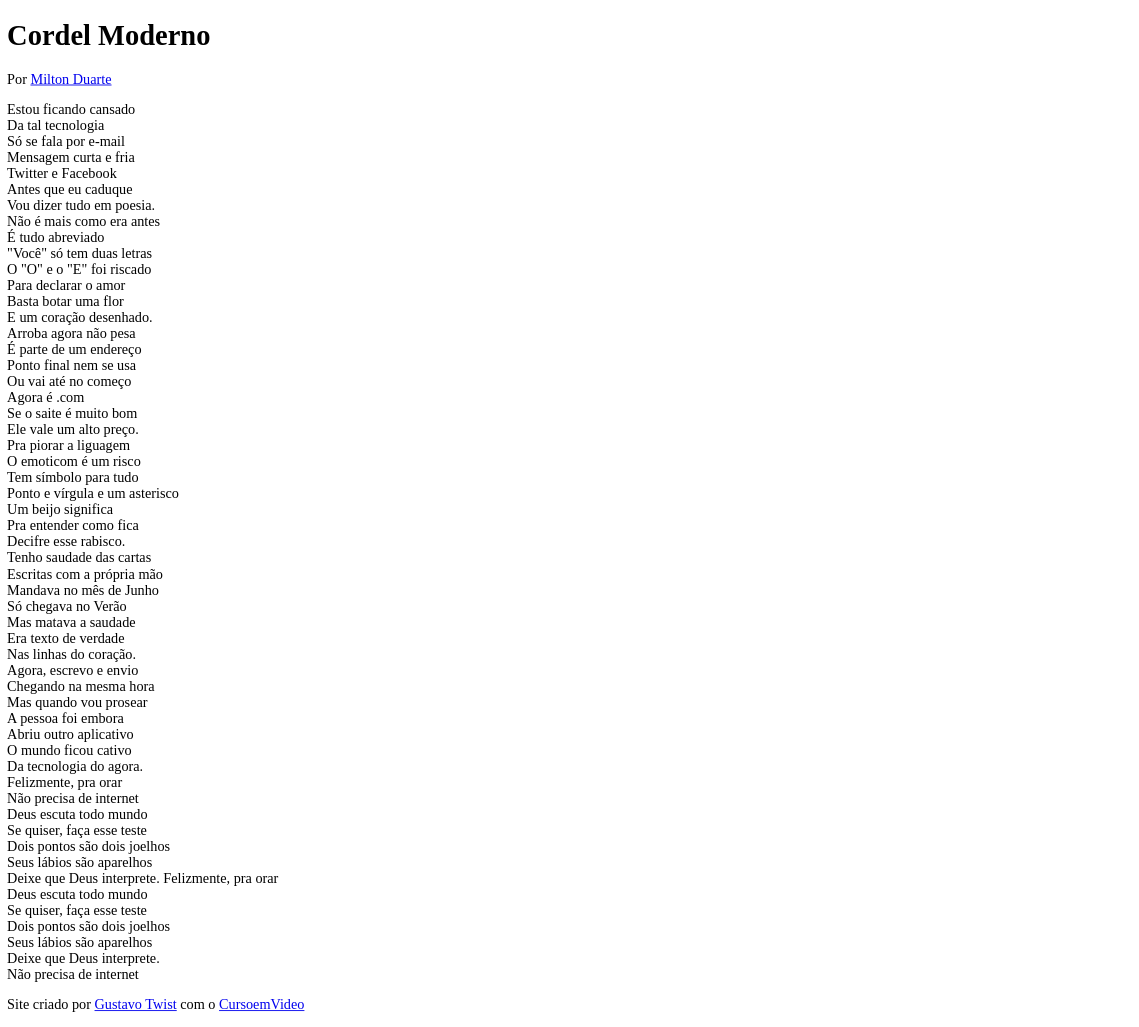
Repository: gustavotwist/projeto-cordel
Page: index.html
The author's editor kept a copy of each file at every save. The page is drawn from the files as they stood at one save, then again after the next save.
The browser window is 1280 px wide. The pictures show the whole page, at 89% of full size.

Above is the page before, as saved 2024-04-15 21:41:36.

### index.html
<!DOCTYPE html>
<html lang="pt-br">
<head>
    <meta charset="UTF-8">
    <meta name="viewport" content="width=device-width, initial-scale=1.0">
    <title>Cordel Moderno</title>
</head>
<body>
    <header>
        <h1>
            Cordel Moderno
        </h1>
        <p>
            Por <a href="https://www.recantodasletras.com.br/poesias/3186743" target="_blank">Milton Duarte</a>
        </p>
    </header>

    <section>
        Estou ficando cansado <br>
        Da tal tecnologia <br>
        Só se fala por e-mail <br>
        Mensagem curta e fria <br>
        Twitter e Facebook <br>
        Antes que eu caduque <br>
        Vou dizer tudo em poesia.
    </section>

    <section>
        Não é mais como era antes <br>
        É tudo abreviado <br>
        "Você" só tem duas letras <br>
        O "O" e o "E" foi riscado <br>
        Para declarar o amor <br>
        Basta botar uma flor <br>
        E um coração desenhado.
    </section>



    <section>
        Arroba agora não pesa <br>
        É parte de um endereço <br>
        Ponto final nem se usa <br>
        Ou vai até no começo <br>
        Agora é .com <br>
        Se o saite é muito bom <br>
        Ele vale um alto preço. <br>
        Pra piorar a liguagem <br>
        O emoticom é um risco <br>
        Tem símbolo para tudo <br>
        Ponto e vírgula e um asterisco <br>
        Um beijo significa <br>
        Pra entender como fica <br>
        Decifre esse rabisco.
    </section>



    <section>
        Tenho saudade das cartas <br>
        Escritas com a própria mão <br>
        Mandava no mês de Junho <br>
        Só chegava no Verão <br>
        Mas matava a saudade <br>
        Era texto de verdade <br>
        Nas linhas do coração.
    </section>



    <section>
        Agora, escrevo e envio <br>
        Chegando na mesma hora <br>
        Mas quando vou prosear <br>
        A pessoa foi embora <br>
        Abriu outro aplicativo <br>
        O mundo ficou cativo <br>
        Da tecnologia do agora. <br>

        Felizmente, pra orar <br>
        Não precisa de internet <br>
        Deus escuta todo mundo <br>
        Se quiser, faça esse teste <br>
        Dois pontos são dois joelhos <br>
        Seus lábios são aparelhos <br>
        Deixe que Deus interprete.

        Felizmente, pra orar <br>
        Deus escuta todo mundo <br>
        Se quiser, faça esse teste <br>
        Dois pontos são dois joelhos <br>
        Seus lábios são aparelhos <br>
        Deixe que Deus interprete. <br>
        Não precisa de internet
    </section>

    <footer>
        <p>Site criado por <a href="https://github.com/gustavotwist" target="_blank">Gustavo Twist</a> com o <a href="https://www.cursoemvideo.com" target="_blank">CursoemVideo</a></p>
    </footer>
</body>
</html>

After the next save:
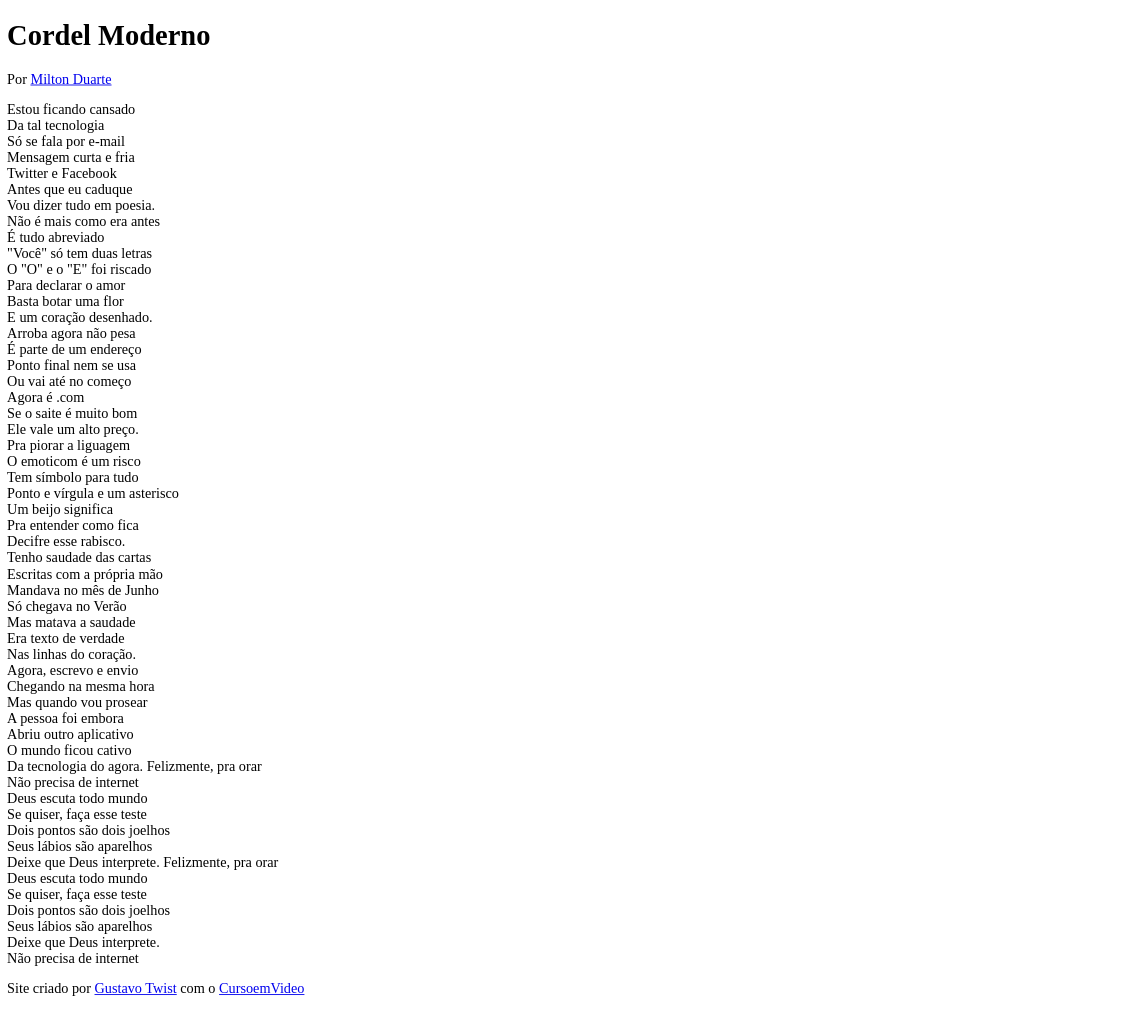
Saved 12 s later.
--- a/index.html
+++ b/index.html
@@ -75,7 +75,7 @@
         A pessoa foi embora <br>
         Abriu outro aplicativo <br>
         O mundo ficou cativo <br>
-        Da tecnologia do agora. <br>
+        Da tecnologia do agora.
 
         Felizmente, pra orar <br>
         Não precisa de internet <br>
